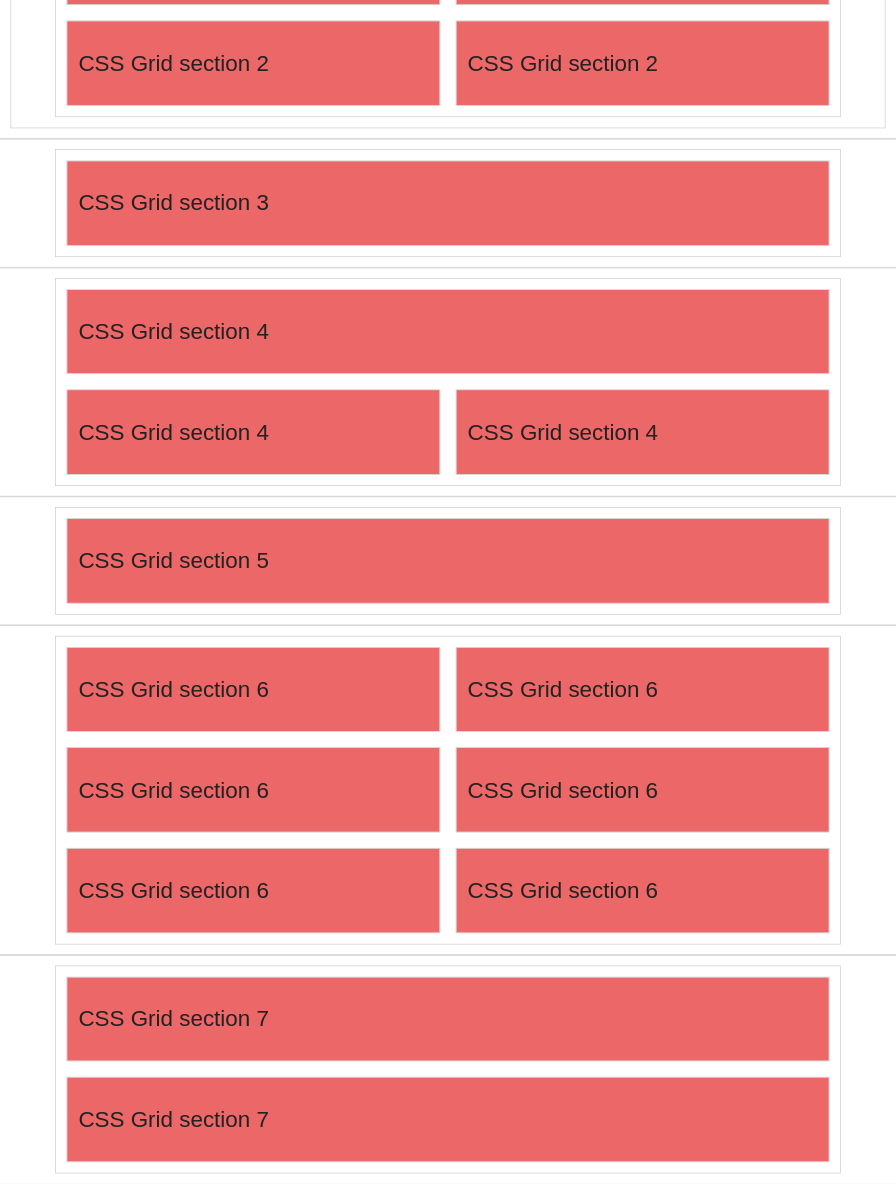
Repository: anoncoderin/madhu_kushal_html_layout
Page: metrosite_week4hw/index.html
These files come from the project's save history. The page is drawn as it stood at one moment and after the next save; the edit follows.
The browser window is 1280 px wide. The pictures show the part of the page from y = 816 to 2736 px (the page is 2507 px tall before and 2736 px after), at 70% of full size.

Above is the page before, as saved 2023-01-28 11:58:40.

After the next save:
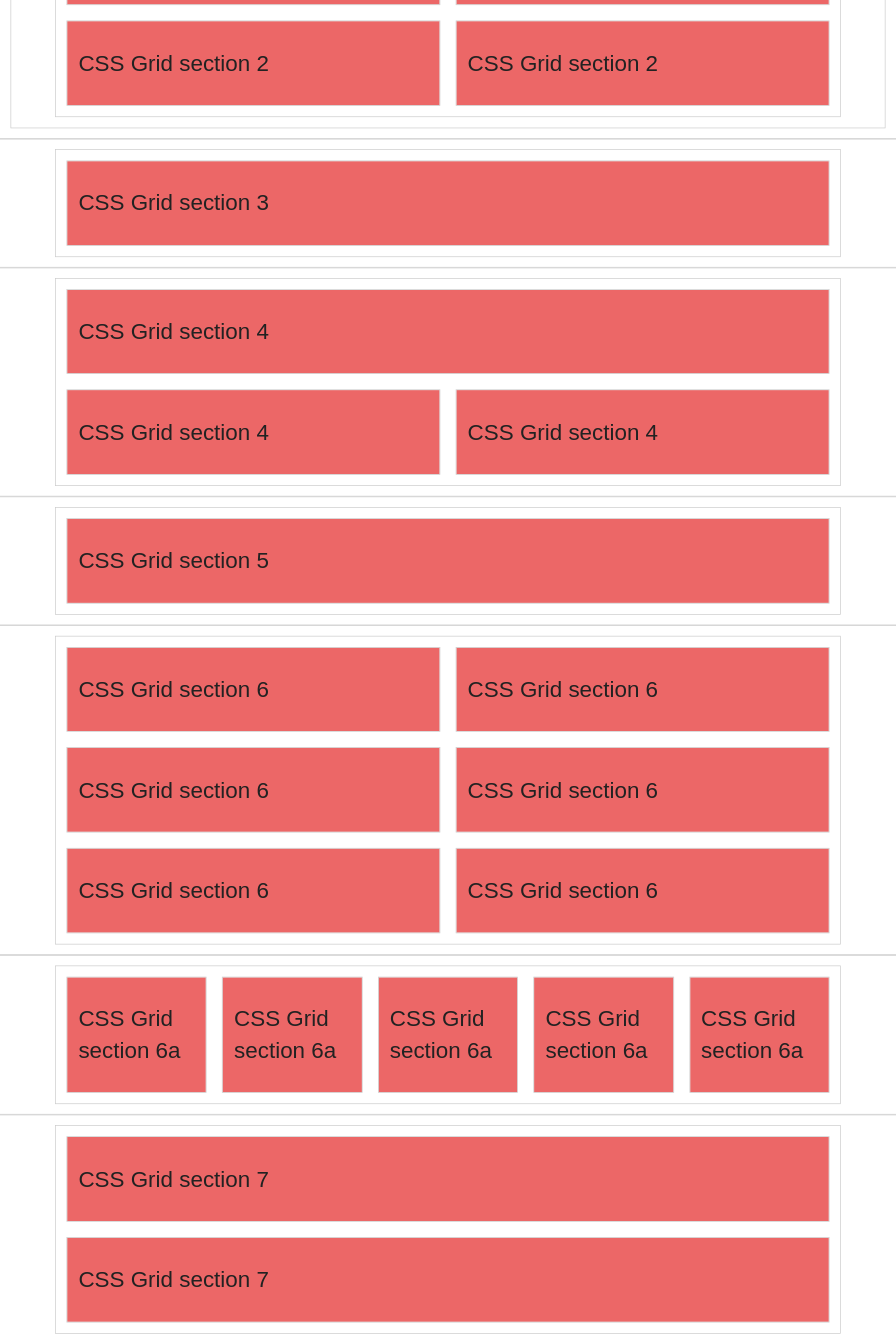
Saved 6 s later.
--- a/metrosite_week4hw/css/main.css
+++ b/metrosite_week4hw/css/main.css
@@ -114,9 +114,6 @@
   grid-column-end: -1;
 }
 
-.mobile-noshow{
-  display: none;
-}
 }
 /* Medium only */
 @media screen and (min-width: 40em) and
